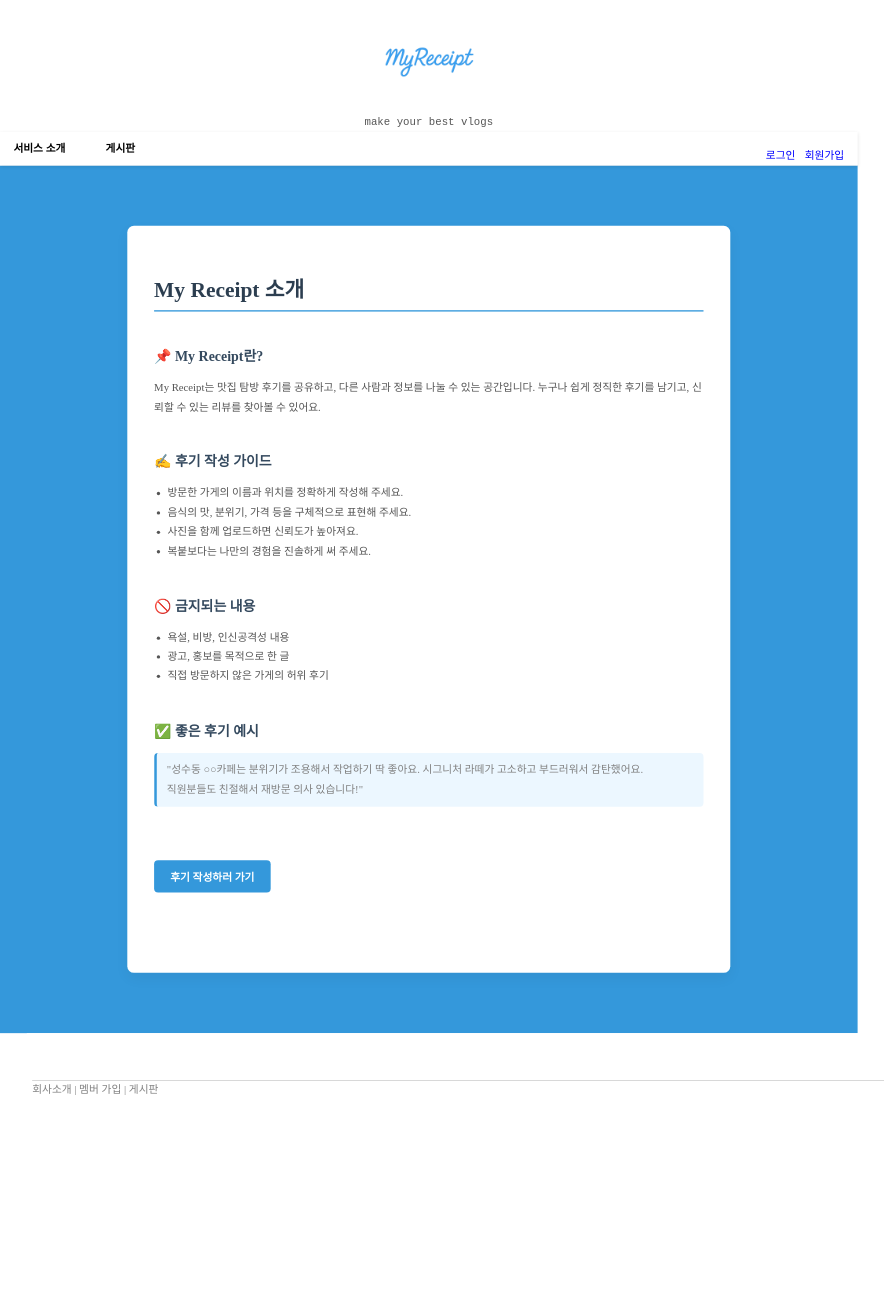
Repository: shong69/mini-project
Page: http://localhost/myReceipt2/intro
The author's editor kept a copy of each file at every save. The page is drawn from the files as they stood at one save, then again after the next save.
The browser window is 1280 px wide. The page is 1320 px wide, so the pictures cover 1320 px, including what lies to the right of the window. The pictures show the whole page, at 67% of full size.
Some web fonts or font styles are not loaded; a fallback is used. The page is served by Tomcat 10. Other server files are loaded and not shown.

Above is the page before, as saved 2025-05-06 17:06:14.

### jspProject/myReceipt2/src/main/webapp/WEB-INF/views/intro.jsp
<%@ page language="java" contentType="text/html; charset=UTF-8"
    pageEncoding="UTF-8"%>
!DOCTYPE html>
<html>
<head>
<meta charset="UTF-8">
<title>My Receipt</title>
<link rel="stylesheet" type="text/css" href="resources/css/main.css">
 <style>
 * {
 	color:white;
 	}
  .container {
    max-width: 900px;
    margin: 90px auto;
    background: white;
    padding: 70px 40px;
    border-radius: 10px;
    box-shadow: 0 8px 20px rgba(0, 0, 0, 0.05);
  }

  h1 {
    font-size: 2rem;
    color: #2c3e50;
    margin-bottom: 20px;
    border-bottom: 2px solid #3498db;
    padding-bottom: 10px;
  }

  h2 {
    font-size: 1.3rem;
    color: #34495e;
    margin-top: 30px;
    margin-bottom: 20px;
  }
  section{
  	margin : 50px 0;
  }
  p, li {
    color: #555;
    font-size: 1rem;
    line-height: 1.8;
  }

  ul {
    padding-left: 20px;
  }

  .btn-write {
    display: inline-block;
    padding: 12px 24px;
    background-color: #3498db;
    color: white;
    font-weight: bold;
    border-radius: 6px;
    text-decoration: none;
    margin-top: 30px;
    transition: background-color 0.3s;
  }

  .btn-write:hover {
    background-color: #2b7cb8;
  }

  .highlight {
  	color: gray;
    background: #ecf7ff;
    border-left: 4px solid #3498db;
    padding: 10px 15px;
    margin-top: 10px;
    border-radius: 6px;
    line-height:30px;
  }
 </style>

</head>
<body>
	<jsp:include page="/WEB-INF/views/common/header.jsp"></jsp:include>
	<main>
	 <div class="container">
	    <h1>My Receipt 소개</h1>

	    <section>
	      <h2>📌 My Receipt란?</h2>
	      <p>My Receipt는 맛집 탐방 후기를 공유하고, 다른 사람과 정보를 나눌 수 있는 공간입니다. 누구나 쉽게 정직한 후기를 남기고, 신뢰할 수 있는 리뷰를 찾아볼 수 있어요.</p>
	    </section>

	    <section>
	      <h2>✍️ 후기 작성 가이드</h2>
	      <ul>
	        <li>방문한 가게의 이름과 위치를 정확하게 작성해 주세요.</li>
	        <li>음식의 맛, 분위기, 가격 등을 구체적으로 표현해 주세요.</li>
	        <li>사진을 함께 업로드하면 신뢰도가 높아져요.</li>
	        <li>복붙보다는 나만의 경험을 진솔하게 써 주세요.</li>
	      </ul>
	    </section>

	    <section>
	      <h2>🚫 금지되는 내용</h2>
	      <ul>
	        <li>욕설, 비방, 인신공격성 내용</li>
	        <li>광고, 홍보를 목적으로 한 글</li>
	        <li>직접 방문하지 않은 가게의 허위 후기</li>
	      </ul>
	    </section>

	    <section>
	      <h2>✅ 좋은 후기 예시</h2>
	      <div class="highlight">
	        "성수동 ○○카페는 분위기가 조용해서 작업하기 딱 좋아요. 시그니처 라떼가 고소하고 부드러워서 감탄했어요.
	        <br/>직원분들도 친절해서 재방문 의사 있습니다!"
	      </div>
	    </section>

	    <section>
	      <a href="/board/write" class="btn-write">후기 작성하러 가기</a>
	    </section>
	  </div>

    </main>
	<jsp:include page="/WEB-INF/views/common/footer.jsp"></jsp:include>
</body>
</html>

### jspProject/myReceipt2/src/main/webapp/WEB-INF/views/common/header.jsp
<%@ page language="java" contentType="text/html; charset=UTF-8"
    pageEncoding="UTF-8"%>
<%@ taglib prefix="c" uri="http://java.sun.com/jsp/jstl/core" %>
	<div id="header">
		<a href="/myReceipt2/index"><img src="resources/imgs/logo.png" style="width:150px;"/></a>
		<p style="font-family: 'Courier New', Courier, monospace;">make your best vlogs</p>
	</div>
	<div id="nav-bar">
		<div id="menu">
			<a href="/myReceipt2/intro">서비스 소개</a>
			<a href="/myReceipt2/board">게시판</a>
		</div>
		<div id="loginSt">
			<c:choose>
				<c:when test="${not empty sessionScope.loginMember} ">
					<p>%{sessionScope.loginMember.nickName}님이 로그인 중</p>
					<a href="/myReceipt2/logout">로그아웃</a>

				</c:when>
				<c:otherwise>
					<a href="/myReceipt2/login">로그인</a>
					<a href="/myReceipt2/sign">회원가입</a>
				</c:otherwise>
			</c:choose>
		</div>

	</div>

### jspProject/myReceipt2/src/main/webapp/WEB-INF/views/common/footer.jsp
<%@ page language="java" contentType="text/html; charset=UTF-8"
    pageEncoding="UTF-8"%>
	<footer class="footer">
	    <section>
	        <div class="footer-nav">
	            <a href="/">회사소개 |</a>
	            <a href="/signup">멤버 가입 |</a>
	            <a href="/">게시판</a>
	        </div>
	    </section>
	    <section>
	        <div>
	            법인명(상호) : ㉿My Receipt (주) 대표자(성명) : 오에스조 주소 : 서울특별시 종로구 남대문로 <br>
	            사업자 등록번호 : 123456436-390583784  사업자등록번호 : 119-86-84860 (사업자정보확인)<br>
	            고객센터 이용시간 : 평일 09:00 ~ 18:00  고객센터 전화번호 : 02-1234-1234
	        </div>

	        <div>
	            현금 등으로 결제 시 안전 거래를 위해<br>
	            당사에서 가입하신 한국결제네트웍스 유한회사의 구매안전 서비스(결제대금예치)를 이용하실 수 있습니다.<br>
	            결제대금예치 콘텐츠산업진흥법에 의한 콘텐츠 보호 안내 자세히 보기
	        </div>
	    </section>
	</footer>

### jspProject/myReceipt2/src/main/java/com/project/jsp/controller/IndexController.java
package com.project.jsp.controller;

import java.io.IOException;

import jakarta.servlet.ServletException;
import jakarta.servlet.http.HttpServlet;
import jakarta.servlet.http.HttpServletRequest;
import jakarta.servlet.http.HttpServletResponse;

public class IndexController extends HttpServlet{
	@Override
	protected void doGet(HttpServletRequest req, HttpServletResponse resp) throws ServletException, IOException {
        String path = req.getServletPath(); // 요청 URL 패턴을 얻음

        if ("/index".equals(path)) {
        	req.getRequestDispatcher("/WEB-INF/views/index.jsp").forward(req, resp);
        } else if ("/intro".equals(path)) {
        	req.getRequestDispatcher("/WEB-INF/views/intro.jsp").forward(req, resp);
        } else {
        	resp.sendError(HttpServletResponse.SC_NOT_FOUND);
        }
	}

}

### jspProject/myReceipt2/src/main/webapp/resources/css/main.css
* {
	box-sizing: border-box;
	padding: 0;
	margin: 0;
	font-family: 'main';
}
/* 메인 폰트 */
@font-face {
	font-family: 'main';
	src:
		url('https://fastly.jsdelivr.net/gh/Project-Noonnu/noonfonts_2107@1.1/Pretendard-Regular.woff')
		format('woff');
	font-style: normal;
	font-weight: 400;
}

/*header*/
#header {
	width: 100%;
	text-align: center;
}

#header>div:first-child {
	margin-bottom: 15px;
}

#nav-bar {
	line-height: 50px;
	height: 50px;
	position: sticky;
	top: 0;
	left: 0;
	background-color: white;
	z-index: 1000;
	box-shadow: 0 2px 5px rgba(0, 0, 0, 0.1);
}

#loginSt {
	position: absolute;
	top: 10px;
	right: 20px;
}

#loginSt a {
	margin-left: 10px;
	color: blue;
	text-decoration: none;
}

#menu {
	display: flex;
	gap: 20px;
}

#menu a {
	text-decoration: none;
	color: black;
	font-weight: bold;
	padding: 0 20px;
	position: relative;
	overflow: hidden;
	transition: background-color 0.5s ease;
}

#menu a:hover {
	background-color: #335085;
	animation-duration: 2s;
	color: whitesmoke;
}

main {
	background-color: #3498db;
	display: flex;
	flex-direction: column;
	align-items: center;
	min-height:500px;
}

.section-title {
	font-size: 3.5rem;
	margin: 100px 0 70px 0;
}

#carousel {
	width: 90%;
	height: 300px;
	background-color: #ddd;
	margin-top: 20px;
}
/*footer*/
.footer {
	background-color: white;
	width: 100%;
	height: auto;
	display: flex;
	flex-direction: column;
	padding-top: 20px;
	margin: 0 40px;
}

.footer>section:first-child {
	border-top: 1px solid #c5c5c5;
	display: flex;
	flex-direction: row;
	margin-left: 8px;
}

.footer>section a {
	color: gray;
	text-decoration: none;
}

.footer>section:nth-child(2) {
	padding-top: 20px;
	color: rgb(83, 83, 83);
}

After the next save:
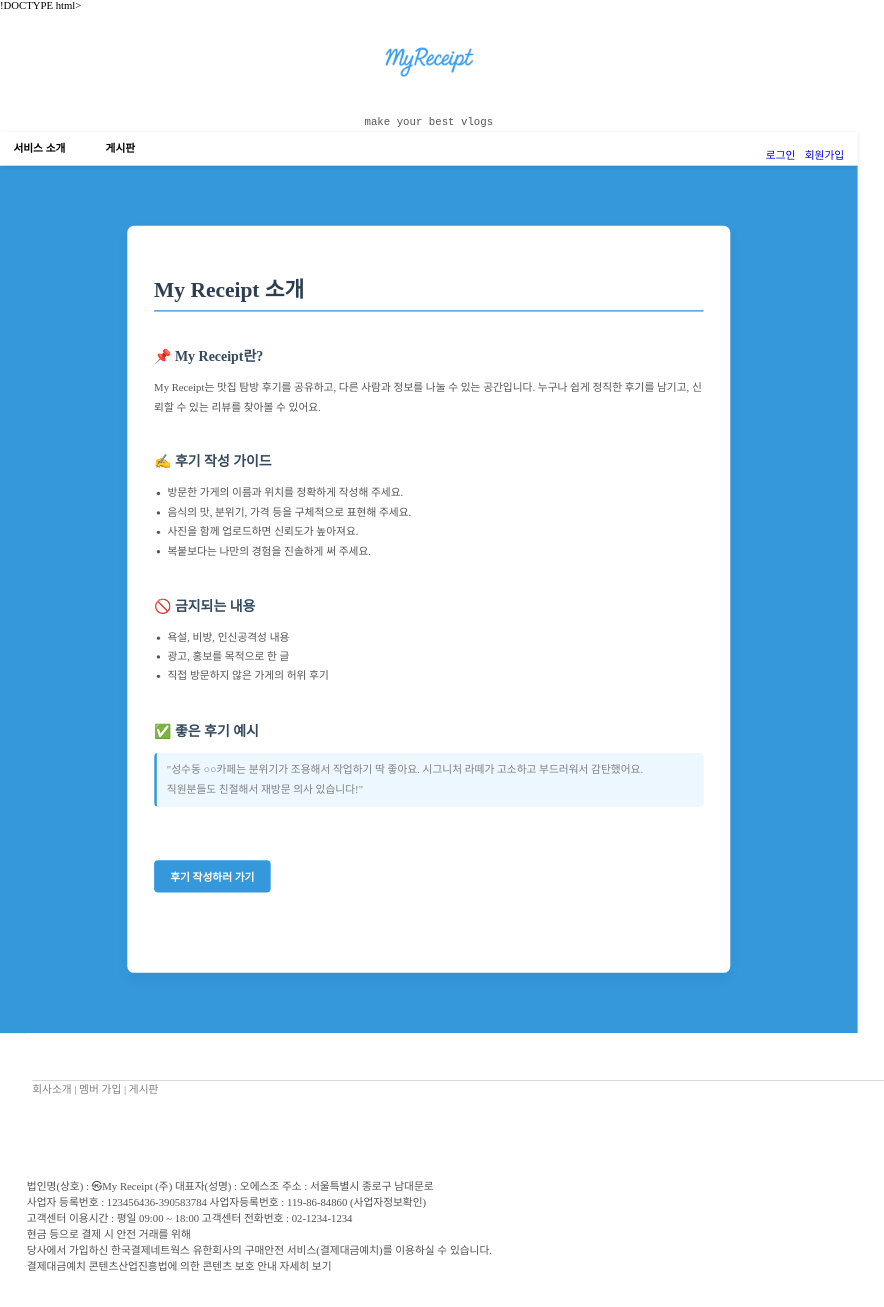
Saved 4 min 19 s later.
--- a/jspProject/myReceipt2/src/main/webapp/WEB-INF/views/intro.jsp
+++ b/jspProject/myReceipt2/src/main/webapp/WEB-INF/views/intro.jsp
@@ -7,7 +7,7 @@
 <title>My Receipt</title>
 <link rel="stylesheet" type="text/css" href="resources/css/main.css">
  <style>
- * {
+ main {
  	color:white;
  	}
   .container {
